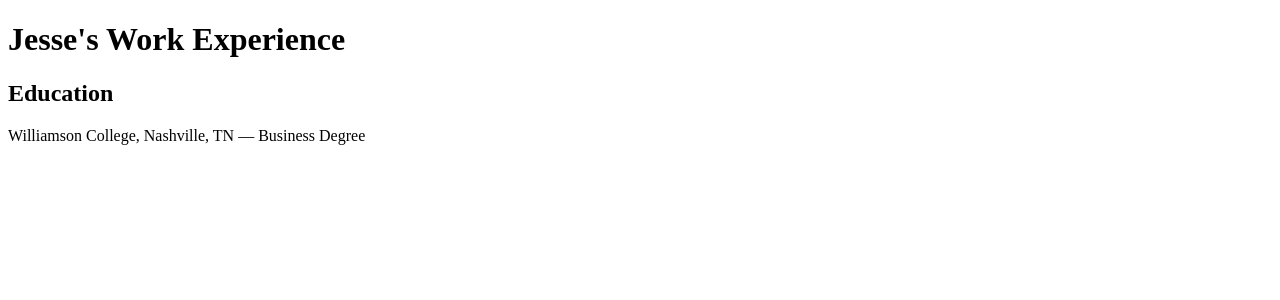
Repository: jgramirez0210/LAB-HTML-Resume
Page: index.html
The author's editor kept a copy of each file at every save. The page is drawn from the files as they stood at one save, then again after a run of saves.
The browser window is 1280 px wide. The pictures show the whole page.

Above is the page before, as saved 2023-10-09 21:10:19.

After the next 2 saves:
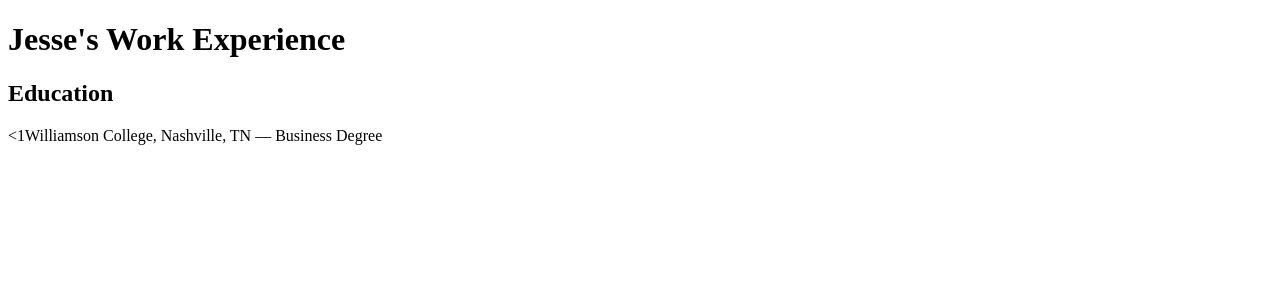
The 2 saves are shown as one change because they came seconds apart.
The last was saved 23 s later.
--- a/index.html
+++ b/index.html
@@ -8,7 +8,8 @@
 <body>
   <h1>Jesse's Work Experience </h1>
   <h2>Education</h2>
-  <article>Williamson College, Nashville, TN — Business Degree
+  <article>
+    <1Williamson College, Nashville, TN — Business Degree
   </article>
 </body>
 </html>

After the save that followed:
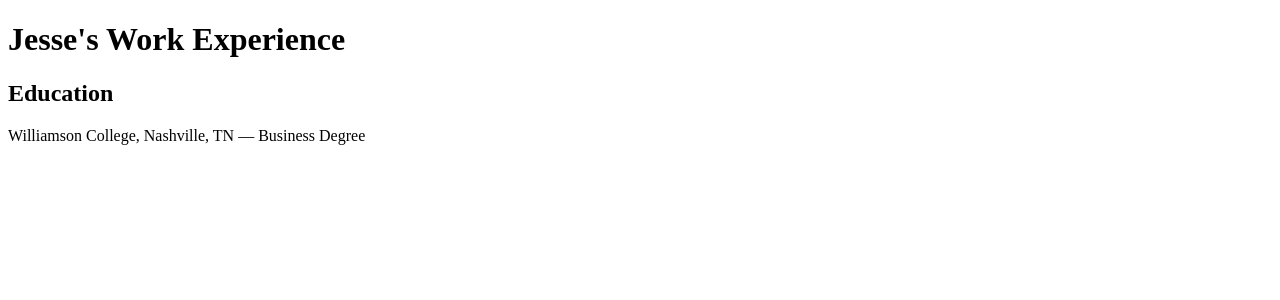
Saved 4 s later.
--- a/index.html
+++ b/index.html
@@ -9,7 +9,7 @@
   <h1>Jesse's Work Experience </h1>
   <h2>Education</h2>
   <article>
-    <1Williamson College, Nashville, TN — Business Degree
+    <h1></h1>Williamson College, Nashville, TN — Business Degree
   </article>
 </body>
 </html>
